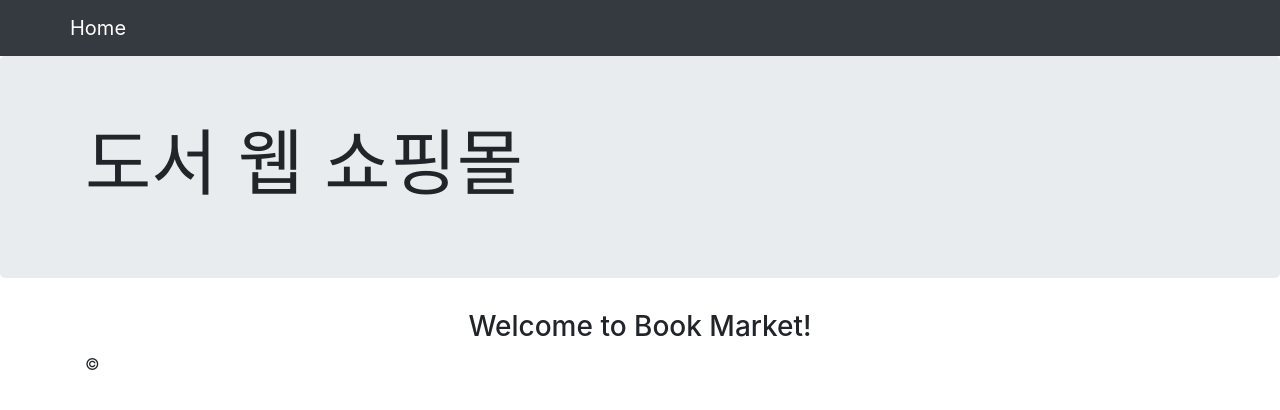
Repository: CheolHo-0428/JSP-Web-Programming
Page: http://localhost/BookMarket/welcome.jsp
These files come from the project's save history. The page is drawn as it stood at one moment and after the next save; the edit follows.
The browser window is 1280 px wide. The pictures show the whole page.
The page is served by Tomcat 9.

Above is the page before, as saved 2021-05-08 07:29:09.

After the next save:
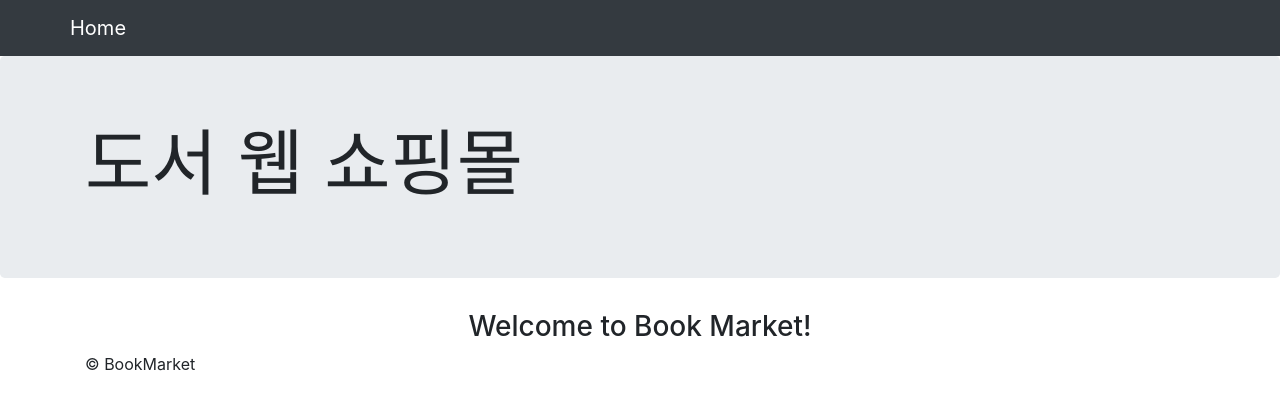
Saved 16 s later.
--- a/BookMarket/src/main/webapp/welcome.jsp
+++ b/BookMarket/src/main/webapp/welcome.jsp
@@ -29,7 +29,7 @@
 		</div>
 	</div>
 	<footer class = "container">
-		<p>&copy;</p>
+		<p>&copy; BookMarket</p>
 	</footer>
 </body>
 </html>
